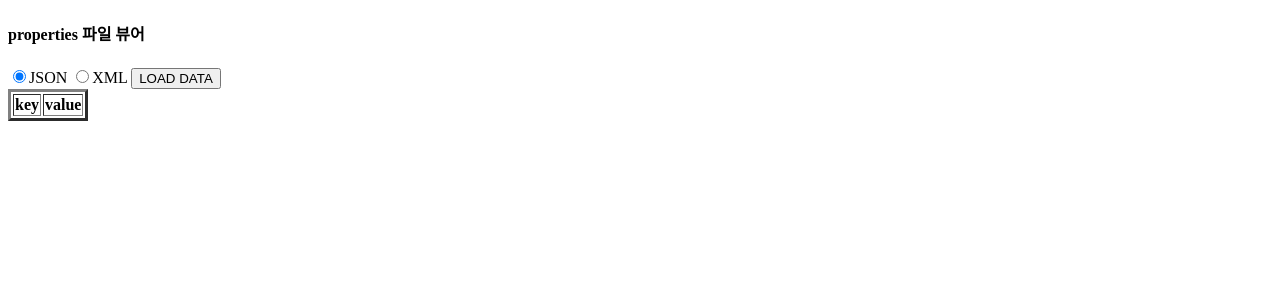
Repository: YOUNARAE/JSP
Page: http://localhost/WebStudy01/03/props/propsView.do
An editor plug-in stored every save of this project. The page is shown before and after the next save, followed by the edit.
The browser window is 1280 px wide. The pictures show the whole page.
The page is served by Tomcat 9. Other server files are loaded and not shown.

Above is the page before, as saved 2022-12-09 08:19:35.
Console error: SyntaxError: missing ) after argument list

### WebStudy01/src/main/webapp/WEB-INF/views/03/propsView.jsp
<%@ page language="java" contentType="text/html; charset=UTF-8" pageEncoding="UTF-8"%>
<!DOCTYPE html>
<html>
<head>
<meta charset="UTF-8">
<title>Insert title here</title>
<script type="text/javascript" src="<%=request.getContextPath() %>/resources/jquery-3.6.1.min.js"></script>
</head>
<body>
<h4>properties  파일 뷰어</h4>
<!-- <img src="../../resources/images/cat1.jpg" /> -->

<label>
	<input type="radio" name="dataType" value="json" checked="checked"/>JSON
</label>
<label>
	<input type="radio" name="dataType" value="xml"/>XML
</label>
<button type="button" class="loadData">LOAD DATA</button>
<table border="3px">
	<thead>
		<tr>
			<th>key</th>
			<th>value</th>
		</tr>
	</thead>
	<tbody id="listBody" >

	</tbody>
</table>
<script type="text/javascript">
let listBody = $("#listBody");
let dataTypes = $("[name="dataType"]");
let sucesses = {
	json:function(resp){
		let trTags = [];
		$.each(resp,function(name, value){
			let tr = $("<tr>").append(
				$("<td>").html(name),
				$("<td>").html(value)
			);
			trTags.push(tr);
		})
		listBody.empty();
		listBody.append(trTags);
	};
	xml:function(domResp){
		$(domResp)
	}
}
let btn = $(".loadData").on("click",function(){
	let dataType = dataTypes.filter(":checked").val();
	$.ajax({
			dataType : dataType,
			success : sucesses[dataType],
			error : function(jqXHR, status, error) {
				console.log(jqXHR);
				console.log(status);
				console.log(error);
			}
		});
	}
})
</script>
</body>
</html>

### WebStudy01/src/main/java/kr/or/ddit/servlet04/PropertiesControllerServlet.java
package kr.or.ddit.servlet04;

import java.io.BufferedWriter;
import java.io.File;
import java.io.FileWriter;
import java.io.IOException;
import java.io.InputStream;
import java.io.PrintWriter;
import java.util.Enumeration;
import java.util.LinkedHashMap;
import java.util.Map;
import java.util.Properties;

import javax.servlet.ServletException;
import javax.servlet.annotation.WebServlet;
import javax.servlet.http.HttpServlet;
import javax.servlet.http.HttpServletRequest;
import javax.servlet.http.HttpServletResponse;

import com.fasterxml.jackson.databind.ObjectMapper;
import com.fasterxml.jackson.dataformat.xml.XmlMapper;

import kr.or.ddit.servlet01.DescriptionServlet;
import kr.or.ddit.servlet04.service.PropertiesService;
import kr.or.ddit.servlet04.service.PropertiesServiceImpl;

@WebServlet("/03/props/propsView.do")
public class PropertiesControllerServlet extends HttpServlet{
	private PropertiesService service = new PropertiesServiceImpl();

	@Override
	protected void doGet(HttpServletRequest req, HttpServletResponse resp) throws ServletException, IOException {
		String accept = req.getHeader("Accept"); // */*

		Object target = service.retrieveData(); //모델확보
		req.setAttribute("target", target); //모델 공유

		String path = null;

		if(accept.startsWith("*/*")||accept.toLowerCase().contains("html")) {
			path = "/WEB-INF/views/03/propsView.jsp"; //모델 선택
		} else if(accept.toLowerCase().contains("json")) {
			path = "/jsonView.do";
		} else if(accept.toLowerCase().contains("xml")){
			path = "/xmlView.do";
		}
		req.getRequestDispatcher(path).forward(req, resp); //4.모델이동

	}
}

### WebStudy01/src/main/java/kr/or/ddit/servlet04/service/PropertiesServiceImpl.java
package kr.or.ddit.servlet04.service;

import java.io.InputStream;
import java.util.Locale;
import java.util.Properties;
import java.util.ResourceBundle;

import kr.or.ddit.servlet01.DescriptionServlet;

public class PropertiesServiceImpl implements PropertiesService {

	@Override
	public Properties retrieveData() {
		Properties properties = new Properties();
		try(
			InputStream is  = DescriptionServlet.class.getResourceAsStream("/kr/or/ddit/props/DataStore.properties");
		){
			properties.load(is);
		}catch(Exception e) {
			throw new RuntimeException(e);//주의할 점,e를 안 넣으면 완전히 다른 예외가 되어버린다
		}
		return properties;
	}

	public void resourceBundle() {
		String baseName = "kr.or.ddit.props.Message";
		ResourceBundle bundle = ResourceBundle.getBundle(baseName, Locale.ENGLISH);
	}

}

Loaded but not shown: WebStudy01/src/main/webapp/resources/jquery-3.6.1.min.js (library)

After the next save:
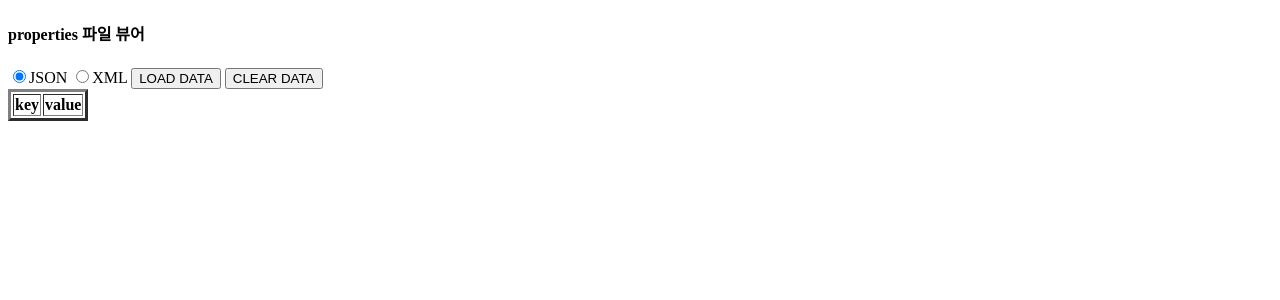
Saved 30 s later.
--- a/WebStudy01/src/main/webapp/WEB-INF/views/03/propsView.jsp
+++ b/WebStudy01/src/main/webapp/WEB-INF/views/03/propsView.jsp
@@ -17,6 +17,7 @@
 	<input type="radio" name="dataType" value="xml"/>XML
 </label>
 <button type="button" class="loadData">LOAD DATA</button>
+<button type="button" class="loadData">CLEAR DATA</button>
 <table border="3px">
 	<thead>
 		<tr>
@@ -43,7 +44,7 @@ let sucesses = {
 		})
 		listBody.empty();
 		listBody.append(trTags);
-	};
+	}
 	xml:function(domResp){
 		$(domResp)
 	}
